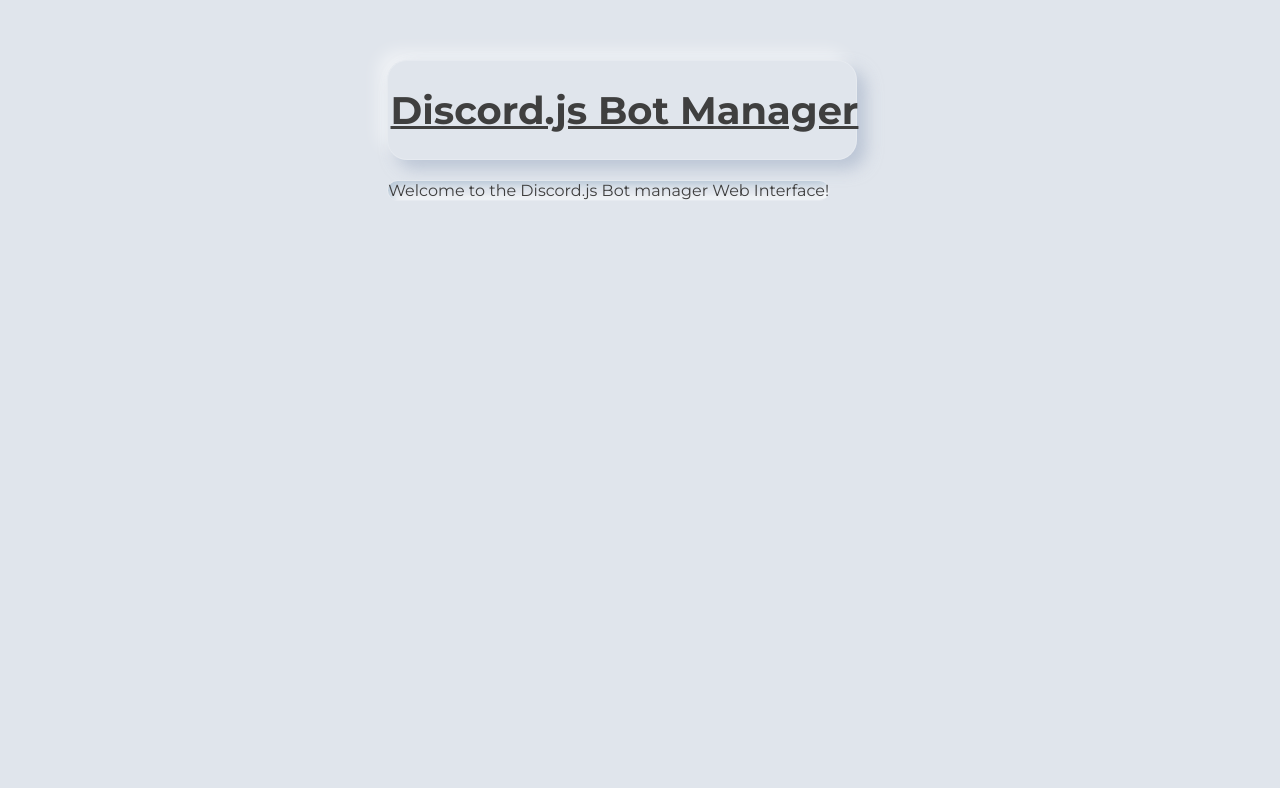
Repository: O-Schell/Discord-Bot-Manager
Page: Web_Interface/main.HTML
The author's editor kept a copy of each file at every save. The page is drawn from the files as they stood at one save, then again after the next save.
The browser window is 1280 px wide. The pictures show the whole page.
The style sheet was rebuilt from its Sass, Less or Tailwind sources for each picture, by a compiler version that may differ from the author's.

Above is the page before, as saved 2020-11-24 15:35:09.
Not found: Web_Interface/script.js

After the next save:
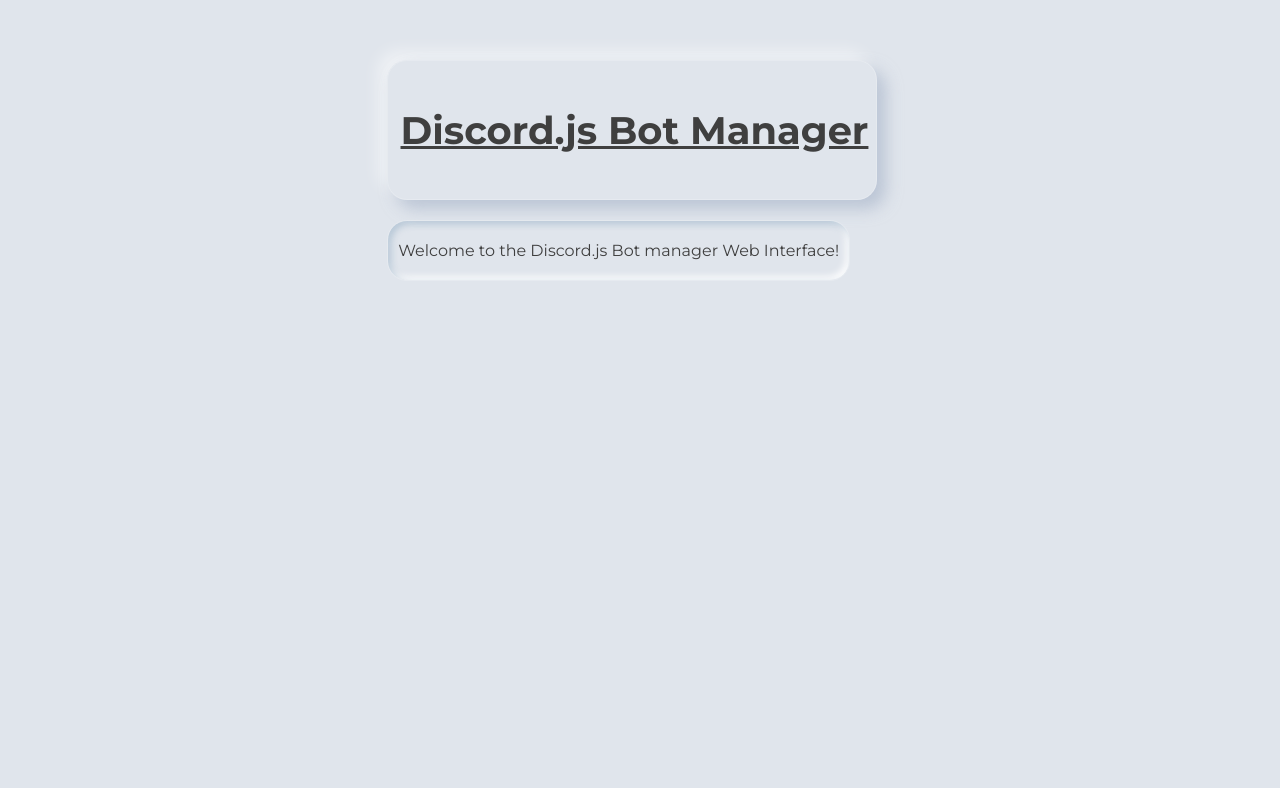
Saved 25 s later.
--- a/Web_Interface/style.scss
+++ b/Web_Interface/style.scss
@@ -42,7 +42,7 @@
     display: flex;
     flex-direction: column;
     align-items: center;
-    //padding: 60px 30px;
+    padding: 20px 10px;
     border-radius: 30px;
     position: relative;
     background: transparent;
